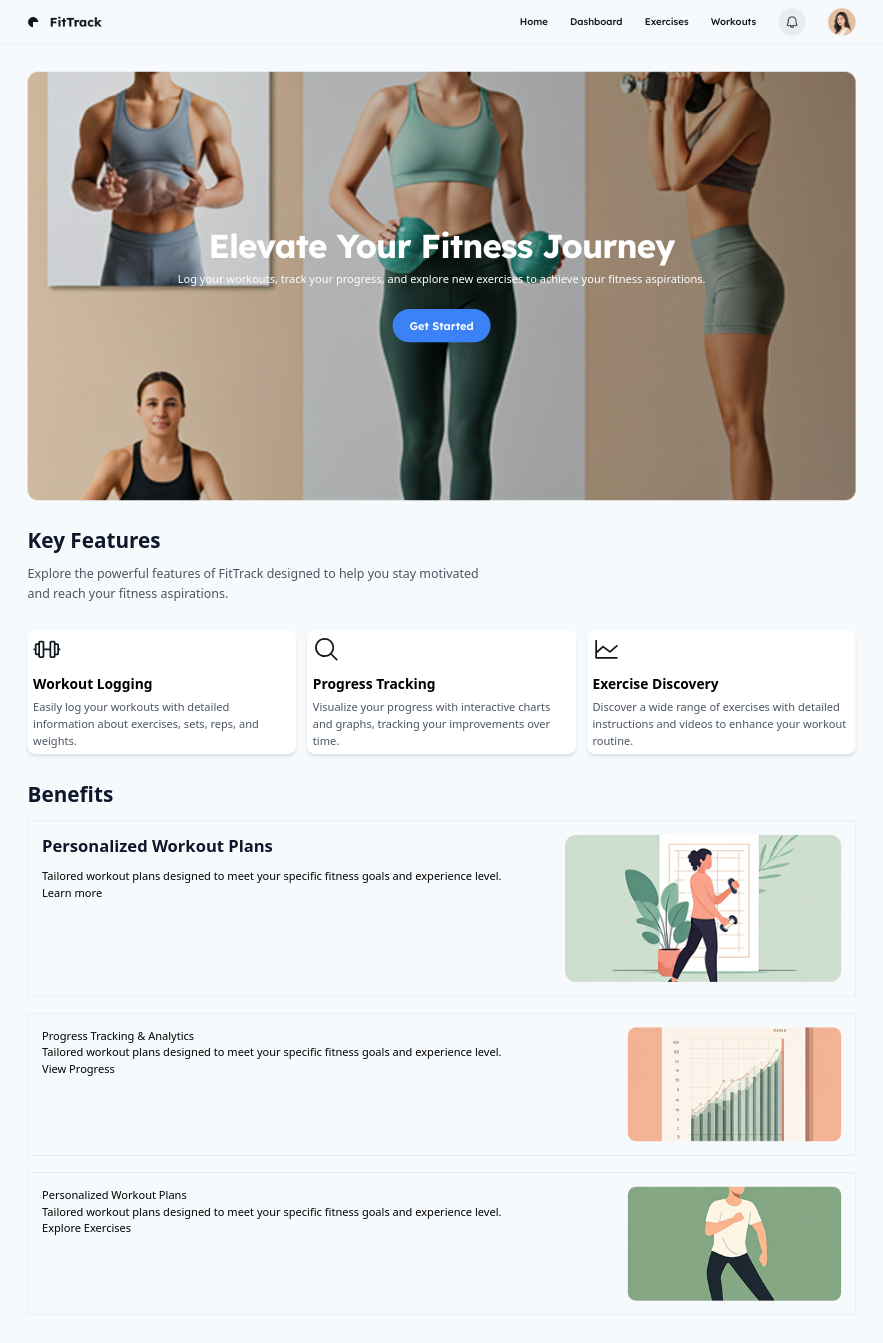
Repository: Emy-gold/fitness-tracking-platform
Page: /
An editor plug-in stored every save of this project. The page is shown before and after the next save, followed by the edit.
The browser window is 1280 px wide. The pictures show the whole page, at 69% of full size.
The project was rebuilt for these pictures with package versions that can differ from the ones it lists, and the page was loaded fresh each time. Also part of the build but not shown: vite.config.js, src/Pages/Dashboard.jsx, src/Pages/Exercises.jsx, src/Pages/Workouts.jsx, src/components/Footer.jsx.

Above is the page before, as saved 2025-08-27 16:14:43.

### index.html
<!doctype html>
<html lang="en">

<head>
  <meta charset="UTF-8" />
  <link rel="icon" type="image/svg+xml" href="/vite.svg" />
  <meta name="viewport" content="width=device-width, initial-scale=1.0" />
  <link href="https://fonts.googleapis.com/css2?family=Lexend:wght@300;400;500;600;700&display=swap" rel="stylesheet">
  <title>Vite + React</title>
</head>

<body>
  <div id="root"></div>
  <script type="module" src="/src/main.jsx"></script>
</body>

</html>

### src/index.css
@tailwind base;
@tailwind components;
@tailwind utilities;

body{
    padding: 0;
    margin: 0;
    background-color: #F7FAFC;
}

### src/App.jsx
import './App.css';
import { BrowserRouter as Router, Routes, Route } from 'react-router-dom';
import Home from './Pages/Home';
import Dashboard from './Pages/Dashboard.jsx';
import Exercises from './Pages/Exercises.jsx';
import Workouts from './Pages/Workouts.jsx';
import Header from './components/Header.jsx';
import Footer from './components/Footer';


function App() {

  return (
    <>

      <Router>
        <Header />
        <Routes>
          <Route path="/" element={<Home />} />
          <Route path="/dashboard" element={<Dashboard />} />
          <Route path="/exercises" element={<Exercises />} />
          <Route path="/workouts" element={<Workouts />} />
        </Routes>
      </Router>
    </>
  )
}

export default App

### src/App.css
#root {
    margin: 0 ;
    padding: 0;
    text-align: center;

}

.logo {
    height: 6em;
    padding: 1.5em;
    will-change: filter;
    transition: filter 300ms;
}
.logo:hover {
    filter: drop-shadow(0 0 2em #646cffaa);
}
.logo.react:hover {
    filter: drop-shadow(0 0 2em #61dafbaa);
}

@keyframes logo-spin {
    from {
    transform: rotate(0deg);
    }
    to {
    transform: rotate(360deg);
    }
}

@media (prefers-reduced-motion: no-preference) {
    a:nth-of-type(2) .logo {
    animation: logo-spin infinite 20s linear;
    }
}

.card {
    padding: 2em;
}

.read-the-docs {
    color: #888;
}

### src/Pages/Home.jsx
import React from 'react';
import Header from '../components/Header';
import { useState, useEffect } from 'react';
import cardsData from "../cardsData.json";
import homepic from "../assets/home.png";
import img1 from "../assets/img1.png";
import img2 from "../assets/img2.png";
import img3 from "../assets/img3.png";

function Home() {

    const [cards, setCards] = useState([]);

    useEffect(() => {
        setCards(cardsData)
    })

    return (
        <>
            <main className='flex flex-col justify-center items-center mx-auto'>

                <section className='my-10 relative flex justify-center'>
                    <img src={homepic} className="mb:w-[980px] lg:w-[1200px]" />
                    <div className="absolute inset-0 flex flex-col justify-center text-center text-white">
                        <h1 className='text-5xl font-lexend font-bold mb-3 tracking-tight '>Elevate Your Fitness Journey</h1>
                        <p className=''>Log your workouts, track your progress, and explore new exercises to achieve your fitness aspirations.</p>
                        <button type="submit" className='mt-8 mx-auto bg-blue-500 py-[12px] px-6 font-lexend font-semibold rounded-3xl hover:bg-blue-600 transition duration-300'>Get Started</button>
                    </div>
                </section >

                <section className='flex flex-col items-start mb-10 mb:w-[980px] lg:w-[1200px]'>
                    <div className='flex flex-col items-start text-left'>
                        <h2 className='text-3xl font-bold mb-4 text-slate-900'>Key Features</h2>
                        <p className='text-lg text-gray-600 max-w-2xl'>Explore the powerful features of FitTrack designed to help you stay motivated and reach your fitness aspirations.</p>
                    </div>
                    <div className='flex flex-row gap-4 mt-10 text-left mb:w-[980px] lg:w-[1200px]'> {/* Removed justify-center */}
                        {cards.map(card => (
                            <div key={card.id} className='md:w-[312px] lg:w-[400px] bg-white rounded-xl shadow-md p-2 hover:scale-105 duration-300'>
                                <img src={card.image} className='mb-4 h-10 w-10 object-contain' />
                                <h3 className='text-xl font-semibold mb-2'>{card.title}</h3>
                                <p className='text-gray-600'>{card.summary}</p>
                            </div>
                        ))}
                    </div>
                </section>
                <section className='flex flex-col items-start mb-10 gap-5 justify-center mx-72 max-w-full'>
                    <h2 className='text-3xl font-bold text-slate-900'>Benefits</h2>
                    <div className='flex flex-wrap gap-6 lg:w-[1200px]'>
                        <div className='flex justify-between p-5 border lg:w-[1200px]'>
                            <div className='flex flex-col items-start text-left'>
                                <h3 className='text-2xl font-bold mb-4 text-slate-900'>Personalized Workout Plans</h3>
                                <p>Tailored workout plans designed to meet your specific fitness goals and experience level.</p>
                                <button>Learn more</button>
                            </div>
                            <img src={img1} className='lg:w-[400px]' />
                        </div>
                        <div className='flex justify-between p-5 border lg:w-[1200px]'>
                            <div className='flex flex-col items-start text-left mr-5'>
                                <h2>Progress Tracking & Analytics</h2>
                                <p>Tailored workout plans designed to meet your specific fitness goals and experience level.</p>
                                <button>View Progress</button>
                            </div>
                            <img src={img2} />
                        </div>
                        <div className='flex justify-between p-5 border lg:w-[1200px]'>
                            <div className='flex flex-col items-start text-left mr-5'>
                                <h2>Personalized Workout Plans</h2>
                                <p>Tailored workout plans designed to meet your specific fitness goals and experience level.</p>
                                <button>Explore Exercises</button>
                            </div>
                            <img src={img3} />
                        </div>
                    </div>
                </section>
            </main >
        </>

    )
}

export default Home

### src/components/Header.jsx
import React from 'react';
import { Link } from 'react-router-dom';
import logo from "../assets/logo.png";
import icon from "../assets/notifeicon.png";
import profilePic from "../assets/profilepic.png";

function Header() {
    return (
        <>
            <header className='bg-primary border-b border-gray-300/50 sticky w-full h-16 top-0 z-50 px-10'>
                <div className="flex relative justify-between items-center h-full">
                    <Link to="/" className='flex items-center'>
                        <img
                            src={logo}
                            alt="logo"
                            className='hover:opacity-20 transition-opacity duration-300'
                        />
                    </Link>

                    <nav className='flex gap-8 items-center ml-auto'>
                        <Link to="/" className='font-lexend font-medium text-sm text-textColor hover:scale-105 leading-[21px]'>Home</Link>
                        <Link to="/dashboard" className='font-lexend font-medium text-sm text-textColor hover:scale-105 leading-[21px]'>Dashboard</Link>
                        <Link to="/exercises" className='font-lexend font-medium text-sm text-textColor hover:scale-105 leading-[21px]'>Exercises</Link>
                        <Link to="/workouts" className='font-lexend font-medium text-sm text-textColor hover:scale-105 leading-[21px]'>Workouts</Link>
                        <img src={icon} className='hover:scale-105 duration-200' />
                        <img src={profilePic} className='h-10 w-10 hover:scale-105 duration-200' />
                    </nav>

                    <div></div>
                </div>
            </header>
        </>
    )
}

export default Header;

### src/cardsData.json
[
    {
        "id": 1,
        "title": "Workout Logging",
        "summary": "Easily log your workouts with detailed information about exercises, sets, reps, and weights.",
        "image": "src/assets/icon1.svg"
    },
    {
        "id": 2,
        "title": "Progress Tracking",
        "summary": "Visualize your progress with interactive charts and graphs, tracking your improvements over time.",
        "image": "src/assets/icon2.svg"
    },
    {
        "id": 3,
        "title": "Exercise Discovery",
        "summary": "Discover a wide range of exercises with detailed instructions and videos to enhance your workout routine.",
        "image": "src/assets/icon3.svg"
    }
]

### tailwind.config.js

/** @type {import('tailwindcss').Config} */
export default {
  content: [
    "./index.html",
    "./src/**/*.{js,ts,jsx,tsx}",
  ],
  theme: {
    extend: {
      fontFamily: {
        lexend: ['Lexend', 'sans-serif'],
      },
      colors: {
        primary: "#F7FAFC",
        textColor: "#0D171C",
      }
    },
  },
  plugins: [],
}

Loaded but not shown: src/main.jsx (common file)

After the next save:
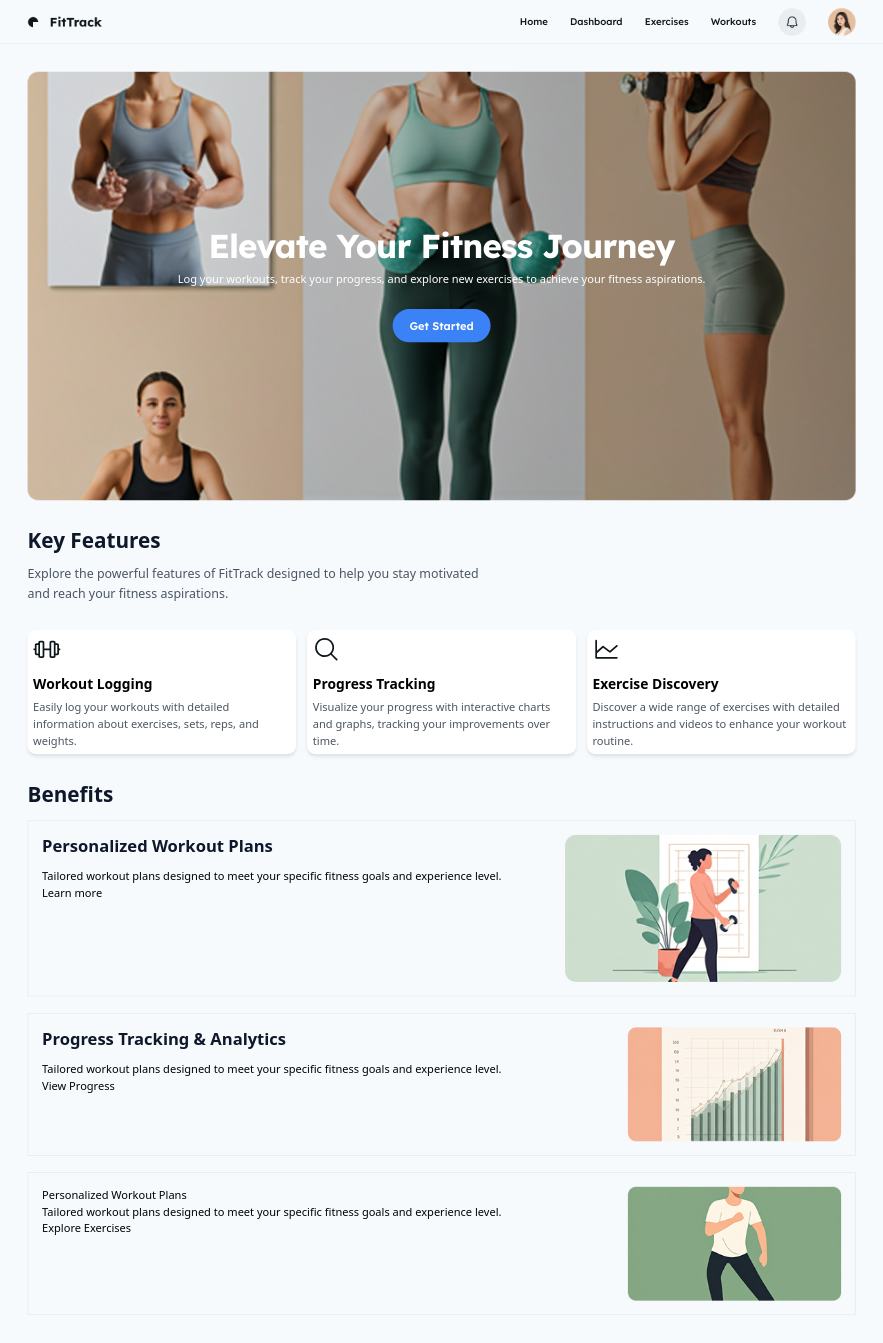
Saved 7 h 16 min later.
--- a/src/Pages/Home.jsx
+++ b/src/Pages/Home.jsx
@@ -56,7 +56,7 @@ function Home() {
                         </div>
                         <div className='flex justify-between p-5 border lg:w-[1200px]'>
                             <div className='flex flex-col items-start text-left mr-5'>
-                                <h2>Progress Tracking & Analytics</h2>
+                                <h3 className='text-2xl font-bold mb-4 text-slate-900'>Progress Tracking & Analytics</h3>
                                 <p>Tailored workout plans designed to meet your specific fitness goals and experience level.</p>
                                 <button>View Progress</button>
                             </div>
